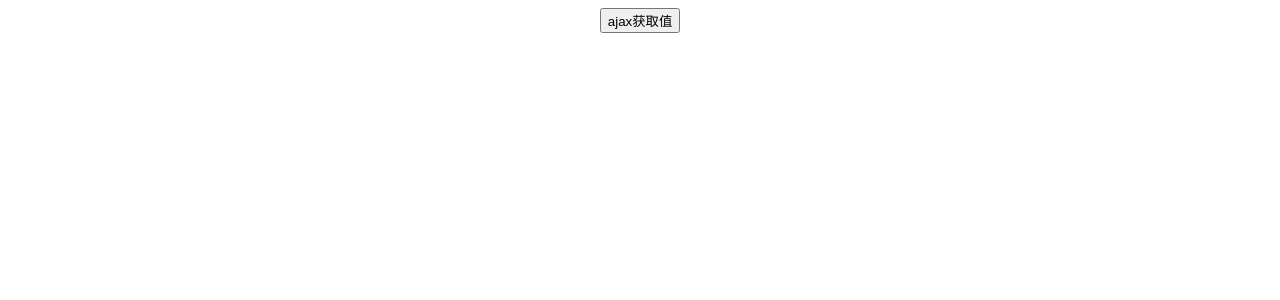
Repository: jsjchai/springmvc_study
Page: http://localhost/ajax03_json_array/
These files come from the project's save history. The page is drawn as it stood at one moment and after the next save; the edit follows.
The browser window is 1280 px wide. The pictures show the whole page.
The page is served by Tomcat 9. Other server files are loaded and not shown.

Above is the page before, as saved 2015-04-08 13:41:45.

### springmvc/Ajax&Json/ajax03_json_array/WebContent/index.jsp
<%@ page language="java" contentType="text/html; charset=UTF-8"
    pageEncoding="UTF-8"%>
<!DOCTYPE html PUBLIC "-//W3C//DTD HTML 4.01 Transitional//EN" "http://www.w3.org/TR/html4/loose.dtd">
<html>
<head>
<meta http-equiv="Content-Type" content="text/html; charset=UTF-8">
<title>Ajax和Json</title>
<script type="text/javascript">
		function getArray() {

			var xmlHttp=new XMLHttpRequest();
			xmlHttp.open("get", "jsonServlet", true);
			xmlHttp.send();
			xmlHttp.onreadystatechange= function(){
				if(xmlHttp.readyState==4&&xmlHttp.status==200){
					alert(xmlHttp.responseText);
					//转化Object类型
					/*
					*1.var json = (new Function('return '+param +';'))();
					*2.eval('var json = '+param);
					*/
					var dataObj=eval('(' + xmlHttp.responseText + ')');
					//alert(dataObj);
					//alert(dataObj.age);
				}
			};
		}
</script>
</head>
<body>
	<div style="text-align: center;">
		<div>
			<input type="button" id="button" value="ajax获取值" onclick="getArray()">
		</div>
	</div>
</body>
</html>

After the next save:
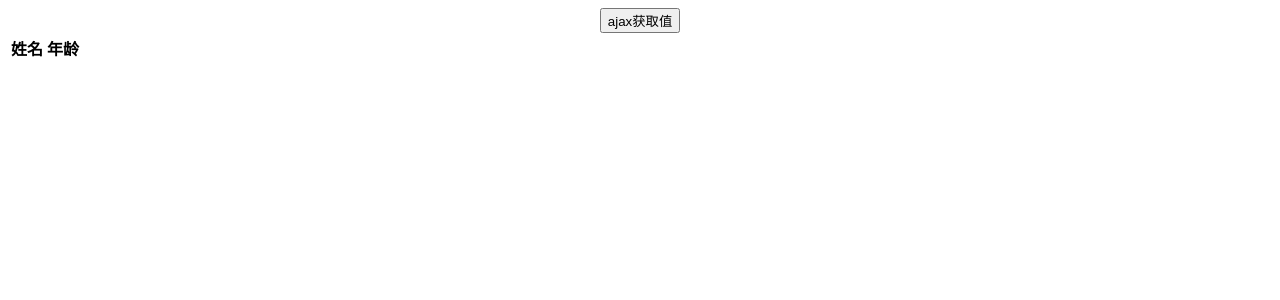
Saved 86 s later.
--- a/springmvc/Ajax&Json/ajax03_json_array/WebContent/index.jsp
+++ b/springmvc/Ajax&Json/ajax03_json_array/WebContent/index.jsp
@@ -31,6 +31,12 @@
 	<div style="text-align: center;">
 		<div>
 			<input type="button" id="button" value="ajax获取值" onclick="getArray()">
+			<table id="tab">
+				<tr>
+					<th>姓名</th>
+					<th>年龄</th>
+				</tr>
+			</table>
 		</div>
 	</div>
 </body>
